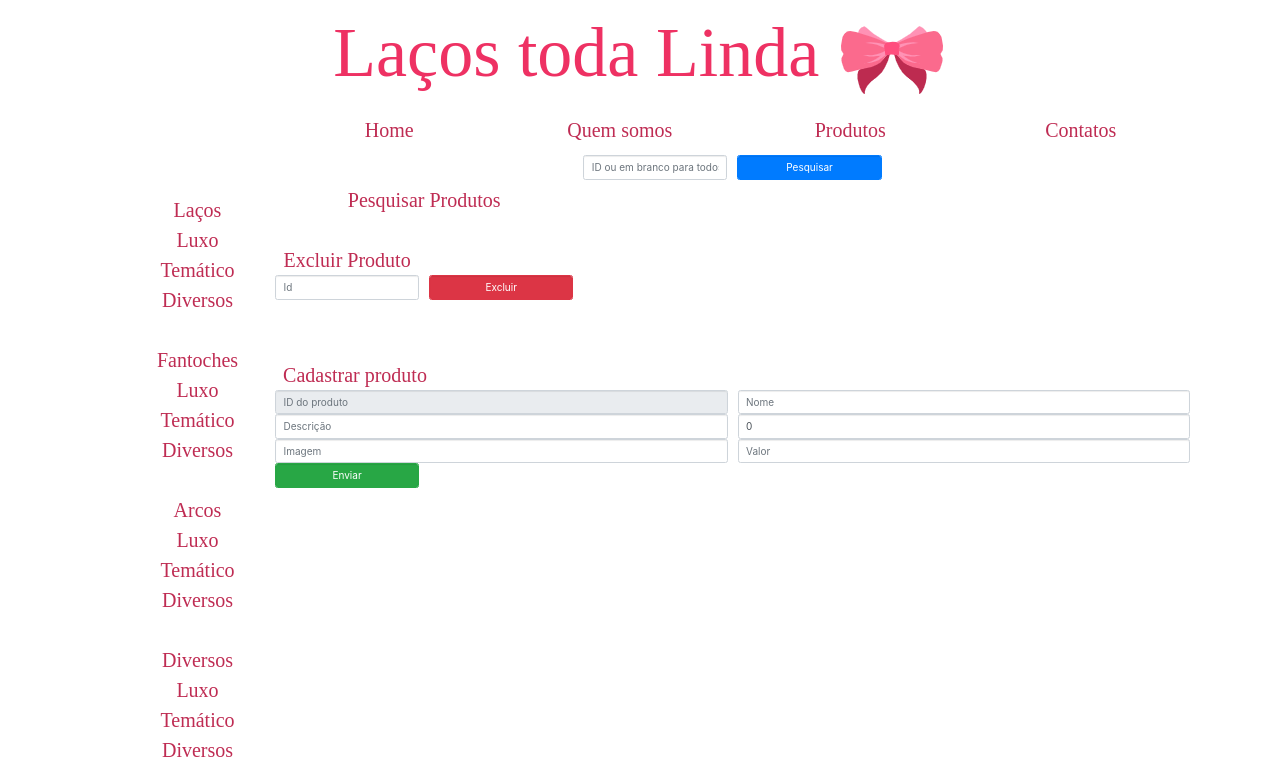
Repository: felipe-camilo/projin2
Page: http://localhost/projetointegrador/admin.jsp
The author's editor kept a copy of each file at every save. The page is drawn from the files as they stood at one save, then again after the next save.
The browser window is 1280 px wide. The pictures show the whole page.
Some web fonts or font styles are not loaded; a fallback is used. The page is served by Tomcat 9.

Above is the page before, as saved 2022-03-30 01:49:35.

After the next save:
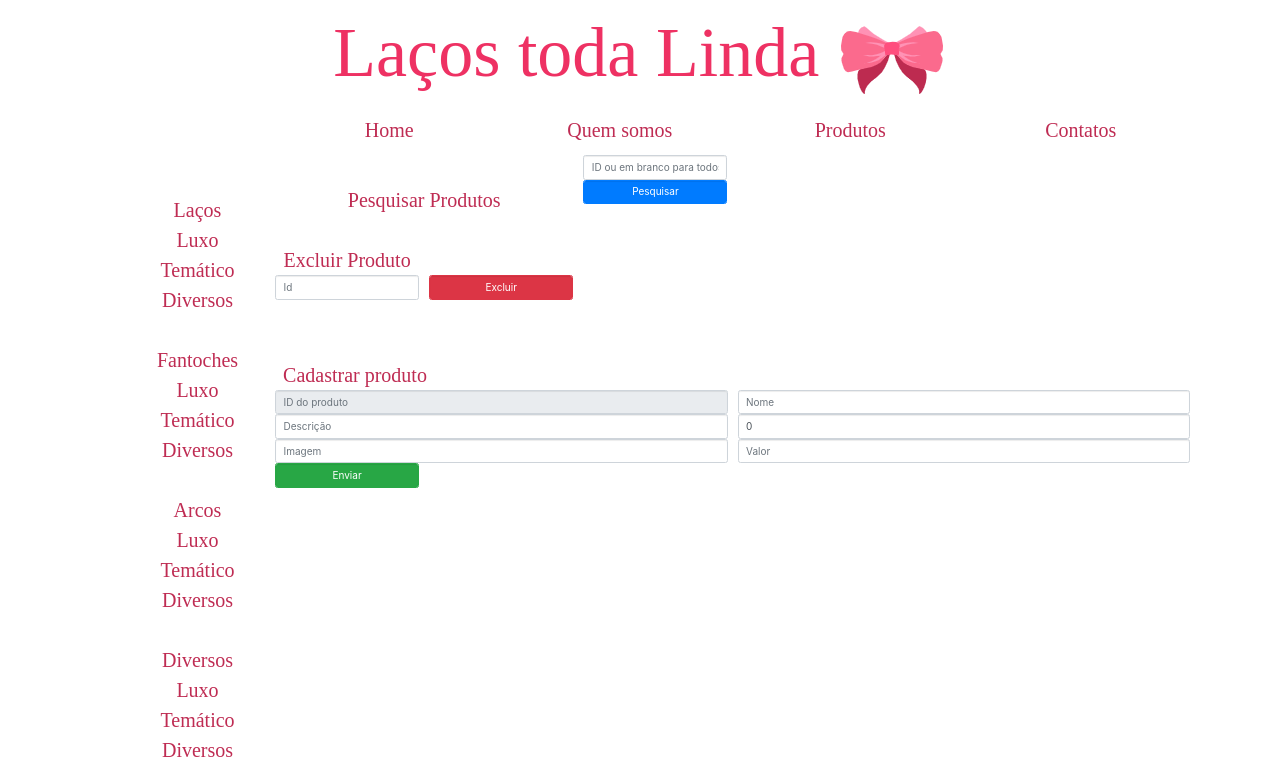
Saved 47 s later.
--- a/projetointegrador/src/main/webapp/admin.jsp
+++ b/projetointegrador/src/main/webapp/admin.jsp
@@ -153,12 +153,11 @@
 						<div class="form-row">
 							<div class="col-4 menu-lateral-categoria">Pesquisar	Produtos</div>
 							<div class="col-2">
-								<input type="text" class="form-control entrada"
-									placeholder="ID ou em branco para todos" name="pesquisa">
-							</div>
-							<div class="col-2">
-								<input class="form-control btn-primary" type="submit"
-									name="pesquisar" value="Pesquisar">
+								<input type="text" class="form-control entrada" placeholder="ID ou em branco para todos" name="pesquisa">
+								<input class="form-control btn-primary" type="submit" name="pesquisar" value="Pesquisar">
+							</div>
+							<div class="col-2">
+
 
 						</div>
 						<div class="form-row">
